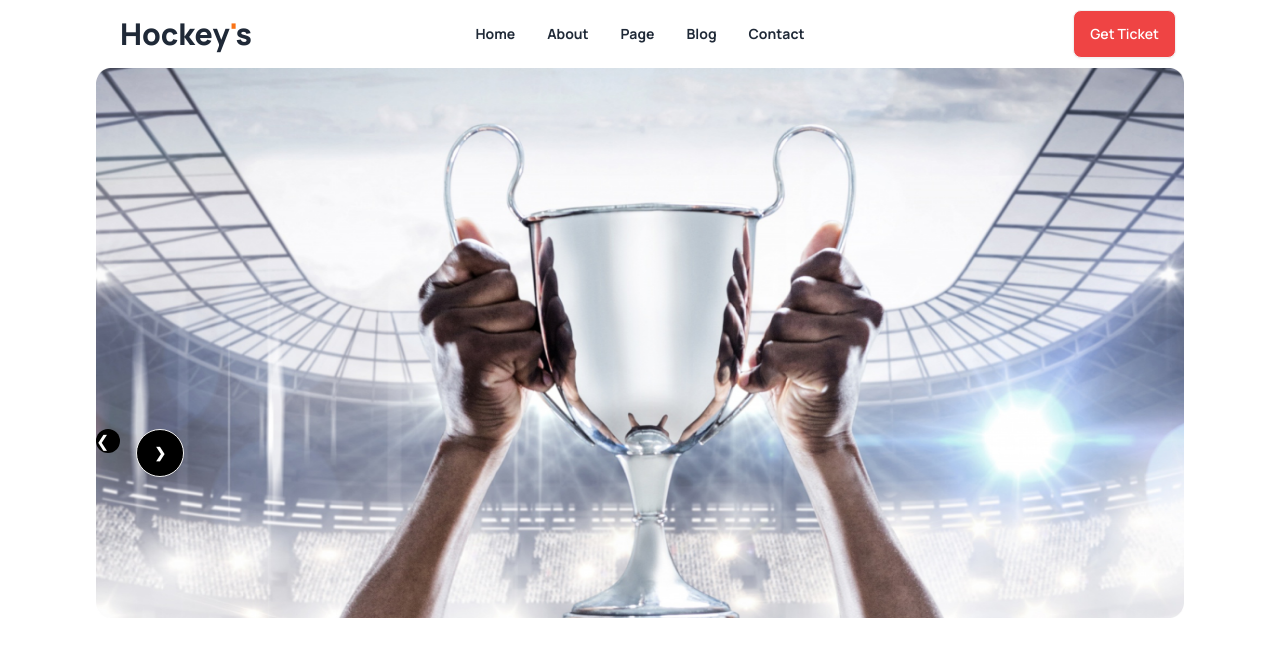
Repository: RudrasahaDibos/Hockey-
Page: index.html
The author's editor kept a copy of each file at every save. The page is drawn from the files as they stood at one save, then again after a run of saves.
The browser window is 1280 px wide. The pictures show the whole page.
Some web libraries are served in a nearby version.

Above is the page before, as saved 2024-10-23 19:16:47.

### index.html
<!DOCTYPE html>
<html lang="en">
<head>
    <meta charset="UTF-8">
    <meta name="viewport" content="width=device-width, initial-scale=1.0">
    <title>Hockeys</title>
    <!-- Tailwinds css -->
    <link href="https://cdn.jsdelivr.net/npm/daisyui@4.12.13/dist/full.min.css" rel="stylesheet" type="text/css" />
    <script src="https://cdn.tailwindcss.com"></script>
    <!-- Font asome -->
    <link rel="stylesheet" href="https://cdnjs.cloudflare.com/ajax/libs/font-awesome/6.6.0/css/all.min.css" integrity="sha512-Kc323vGBEqzTmouAECnVceyQqyqdsSiqLQISBL29aUW4U/M7pSPA/gEUZQqv1cwx4OnYxTxve5UMg5GT6L4JJg==" crossorigin="anonymous" referrerpolicy="no-referrer" />
   <!-- tailwind custom css -->
   <script>
    tailwind.config = {
      theme: {
        extend: {
          colors: {
            clifford: '#da373d',
          }
        }
      }
    }
  </script>
  <!-- google Font  -->
  <link rel="preconnect" href="https://fonts.googleapis.com">
  <link rel="preconnect" href="https://fonts.gstatic.com" crossorigin>
  <link href="https://fonts.googleapis.com/css2?family=Manrope:wght@200..800&display=swap" rel="stylesheet">

  <style>
.manrope {
  font-family: "Manrope", serif;
}
  </style>

</head>
<body class="manrope">
    <!-- header section start here -->
       <header class="container mx-auto lg:px-24 px-8">
                 <!-- navber start here -->
                     <nav>
                        <div class="navbar bg-base-100">
                            <div class="navbar-start">
                              <div class="dropdown">
                                <div tabindex="0" role="button" class="  lg:hidden">
                                  <svg
                                    xmlns="http://www.w3.org/2000/svg"
                                    class="h-5 w-5"
                                    fill="none"
                                    viewBox="0 0 24 24"
                                    stroke="currentColor">
                                    <path
                                      stroke-linecap="round"
                                      stroke-linejoin="round"
                                      stroke-width="2"
                                      d="M4 6h16M4 12h8m-8 6h16" />
                                  </svg>
                                </div>
                                <ul
                                  tabindex="0"
                                  class="menu menu-sm dropdown-content bg-base-100 rounded-box z-[1] mt-3 w-52 p-2 shadow">

                                    <li><a>Home</a></li>
                                    <li><a>About</a></li>
                                    <li><a>Page</a></li>
                                    <li><a>Blog</a></li>
                                    <li><a>Contact</a></li>

                                </ul>
                              </div>

                              <a class=" ml-4 text-3xl font-extrabold ">Hockey<span class="text-orange-500">'</span>s</a>

                            </div>
                            <div class="navbar-center hidden lg:flex">
                              <ul class="menu menu-horizontal px-1">
                                <li class="hover:text-orange-500 font-bold"><a>Home</a></li>
                                <li  class="hover:text-orange-500 font-bold"><a>About</a></li>
                                <li  class="hover:text-orange-500 font-bold"><a>Page</a></li>
                                <li  class="hover:text-orange-500 font-bold"><a>Blog</a></li>
                                <li  class="hover:text-orange-500 font-bold"><a>Contact</a></li>
                              </ul>
                            </div>
                            <div class="navbar-end  lg:ml-0 ml-20">

                              <a class="btn bg-red-500 text-white  ">Get Ticket</a>
                            </div>
                          </div>
                     </nav>
                 <!-- navber end here -->

                  <!-- banner start here -->
                     <div>
                      <div class="carousel w-full">
                        <div id="slide1" class="carousel-item relative w-full ">
                          <img
                            src="Images/1.png"
                            class="w-full lg:h-[550px] " />
                          <div class="absolute lg:left-0 lg:right-0 lg:top-[60%] left-5 top-[60%] flex -translate-y-1/2 transform gap-4">
                            <a href="#slide4" class="lg:btn lg:btn-circle h-6 w-6 rounded-full bg-black text-white">❮</a>
                            <a href="#slide2" class="btn btn-circle bg-black text-white">❯</a>
                          </div>
                        </div>
                        <div id="slide2" class="carousel-item relative w-full">
                          <img
                            src="Images/2.png"
                            class="w-full" />
                          <div class="absolute left-5 right-5 top-1/2 flex -translate-y-1/2 transform justify-between">
                            <a href="#slide1" class="btn btn-circle">❮</a>
                            <a href="#slide3" class="btn btn-circle">❯</a>
                          </div>
                        </div>
                        <div id="slide3" class="carousel-item relative w-full">
                          <img
                            src="Images/3.png"
                            class="w-full" />
                          <div class="absolute left-5 right-5 top-1/2 flex -translate-y-1/2 transform justify-between">
                            <a href="#slide2" class="btn btn-circle">❮</a>
                            <a href="#slide4" class="btn btn-circle">❯</a>
                          </div>
                        </div>
                        <div id="slide4" class="carousel-item relative w-full">
                          <img
                            src="Images/4.png"
                            class="w-full" />
                          <div class="absolute left-5 right-5 top-1/2 flex -translate-y-1/2 transform justify-between">
                            <a href="#slide3" class="btn btn-circle">❮</a>
                            <a href="#slide1" class="btn btn-circle">❯</a>
                          </div>
                        </div>
                      </div>



                     </div>


                   <!-- banner end here -->
       </header>
       <!-- Header section End here -->

       <!-- Main secetion start here  -->
        <main>

        </main>
        <!-- main section end here -->

</body>
</html>

After the next 2 saves:
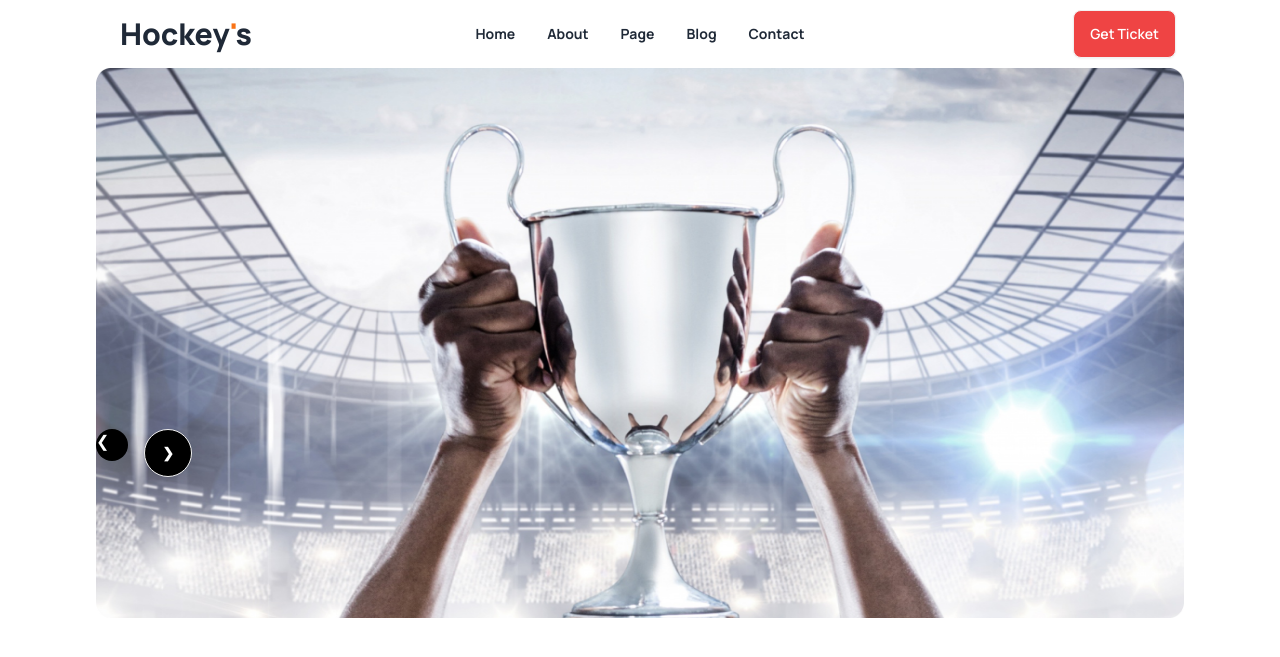
The 2 saves are shown as one change because they came seconds apart.
The last was saved 14 s later.
--- a/index.html
+++ b/index.html
@@ -96,7 +96,7 @@
                             src="Images/1.png"
                             class="w-full lg:h-[550px] " />
                           <div class="absolute lg:left-0 lg:right-0 lg:top-[60%] left-5 top-[60%] flex -translate-y-1/2 transform gap-4">
-                            <a href="#slide4" class="lg:btn lg:btn-circle h-6 w-6 rounded-full bg-black text-white">❮</a>
+                            <a href="#slide4" class="lg:btn lg:btn-circle h-8 w-8 rounded-full bg-black text-white">❮</a>
                             <a href="#slide2" class="btn btn-circle bg-black text-white">❯</a>
                           </div>
                         </div>
